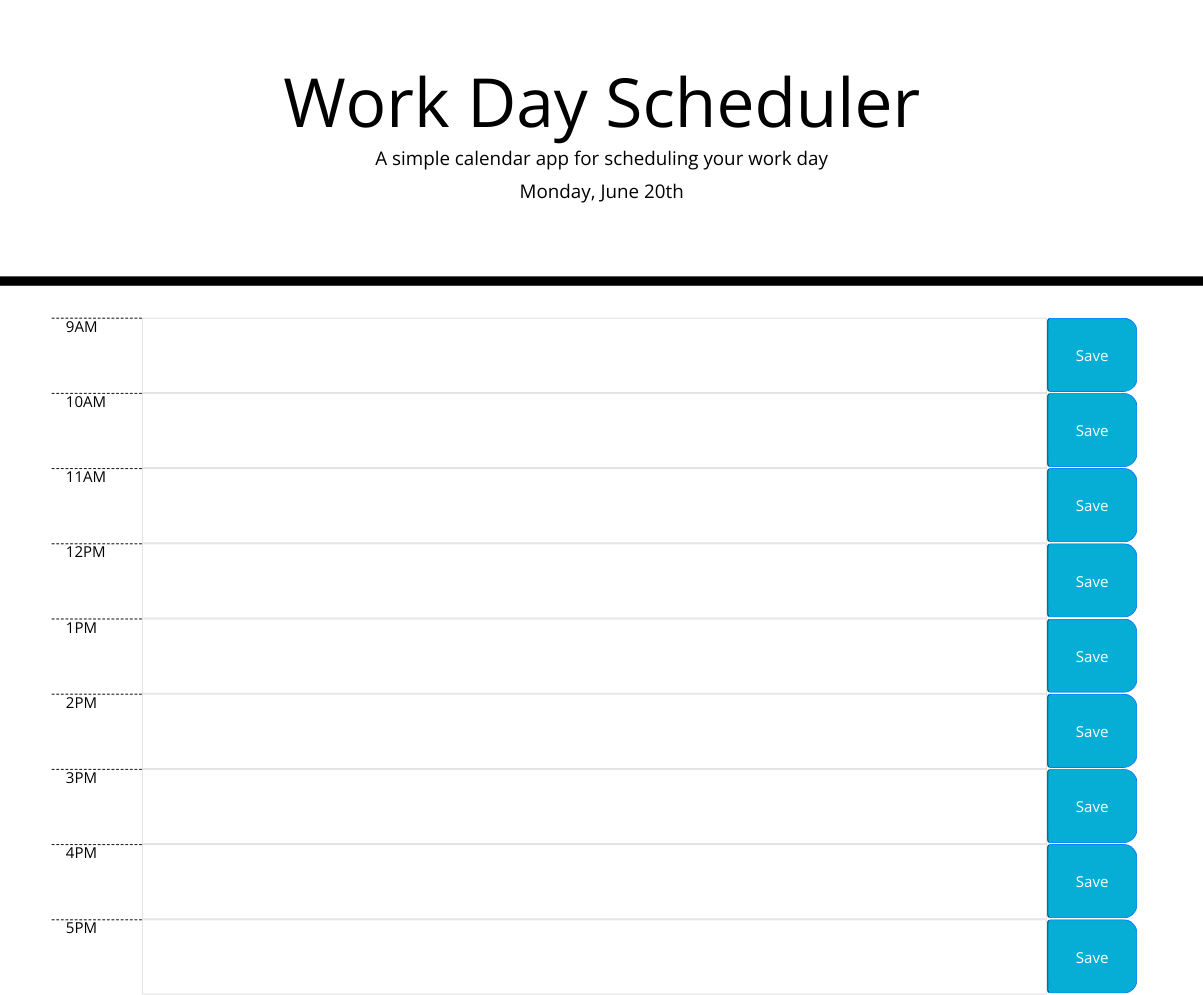
Repository: dtierney21/work-day-scheduler
Page: index.html
The author's editor kept a copy of each file at every save. The page is drawn from the files as they stood at one save, then again after the next save.
The browser window is 1280 px wide. The pictures show the whole page, at 94% of full size.
Some web libraries are served in a nearby version.

Above is the page before, as saved 2022-06-28 14:43:39.

### index.html
<!DOCTYPE html>
<html lang="en">
  <head>
    <meta charset="UTF-8" />
    <meta name="viewport" content="width=device-width, initial-scale=1.0" />
    <meta http-equiv="X-UA-Compatible" content="ie=edge" />
    <link
      rel="stylesheet"
      href="https://stackpath.bootstrapcdn.com/bootstrap/4.3.1/css/bootstrap.min.css"
    />
    <link
      rel="stylesheet"
      href="https://use.fontawesome.com/releases/v5.8.1/css/all.css"
      integrity="sha384-50oBUHEmvpQ+1lW4y57PTFmhCaXp0ML5d60M1M7uH2+nqUivzIebhndOJK28anvf"
      crossorigin="anonymous"
    />
    <link
      href="https://fonts.googleapis.com/css?family=Open+Sans&display=swap"
      rel="stylesheet"
    />
    <link rel="stylesheet" href="./assets/css/style.css" />
    <title>Work Day Scheduler</title>
  </head>

  <body>
    <header class="jumbotron">
      <h1 class="display-3">Work Day Scheduler</h1>
      <p class="lead">A simple calendar app for scheduling your work day</p>
      <p id="currentDay" class="lead"></p>
    </header>
    <section class="container">
        <div class="row">
      <!-- Timeblocks go here -->
            <ul class="list-group col-12">
                <div class="row" id="9">
                    <li class="hour col-1">9AM</li>
                    <li class="list-group-item col-10" id="9"></li>
                    <button class="btn btn-primary  saveBtn col-1" type="submit">Save</button>
                </div>
                <div class="row" id="10">
                    <li class="hour col-1">10AM</li>
                    <li class="list-group-item col-10" id="10"></li>
                    <button class="btn btn-primary  saveBtn col-1" type="submit">Save</button>
                </div>
                <div class="row" id="11">
                    <li class="hour col-1">11AM</li>
                    <li class="list-group-item col-10" id="11"></li>
                    <button class="btn btn-primary  saveBtn col-1" type="submit">Save</button>
                </div>
                <div class="row" id="12">
                    <li class="hour col-1">12PM</li>
                    <li class="list-group-item col-10" id="12"></li>
                    <button class="btn btn-primary  saveBtn col-1" type="submit">Save</button>
                </div>
                <div class="row" id="13">
                    <li class="hour col-1">1PM</li>
                    <li class="list-group-item col-10" id="13"></li>
                    <button class="btn btn-primary  saveBtn col-1" type="submit">Save</button>
                </div>
                <div class="row" id="14">
                    <li class="hour col-1">2PM</li>
                    <li class="list-group-item col-10" id="14"></li>
                    <button class="btn btn-primary  saveBtn col-1" type="submit">Save</button>
                </div>
                <div class="row" id="15">
                    <li class="hour col-1">3PM</li>
                    <li class="list-group-item col-10" id="15"></li>
                    <button class="btn btn-primary  saveBtn col-1" type="submit">Save</button>
                </div>
                <div class="row" id="16">
                    <li class="hour col-1">4PM</li>
                    <li class="list-group-item col-10" id="16"></li>
                    <button class="btn btn-primary  saveBtn col-1" type="submit">Save</button>
                </div>
                <div class="row" id="17">
                    <li class="hour col-1">5PM</li>
                    <li class="list-group-item col-10" id="17"></li>
                    <button class="btn btn-primary  saveBtn col-1" type="submit">Save</button>
                </div>
            </ul>
        </div>
    </section>

    <script src="https://cdnjs.cloudflare.com/ajax/libs/jquery/3.5.1/jquery.min.js"></script>
    <script src="https://cdnjs.cloudflare.com/ajax/libs/moment.js/2.24.0/moment.min.js"></script>
    <script src="./assets/js/script.js"></script>
  </body>
</html>

### assets/css/style.css
body {
  font-family: 'Open Sans', sans-serif;
  font-size: 16px;
  line-height: 1;
}

textarea {
  background: transparent;
  border: none;
  resize: none;
  color: #000000;
  border-left: 1px solid black;
  padding: 10px;
}

.jumbotron {
  text-align: center;
  background-color: transparent;
  color: black;
  border-radius: 0;
  border-bottom: 10px solid black;
}

.description {
  white-space: pre-wrap;
}

.time-block {
  text-align: center;
  border-radius: 15px;
}

.row {
  white-space: pre-wrap;
  height: 80px;
  border-top: 1px solid white;
}

.hour {
  background-color: #ffffff;
  color: #000000;
  border-top: 1px dashed #000000;
  list-style-type: none;
  /*
  text-align: center;
  justify-content: center;
  */
}

.past {
  background-color: #d3d3d3;
  color: white;
}

.present {
  background-color: #ff6961;
  color: white;
}

.future {
  background-color: #77dd77;
  color: white;
}

.saveBtn {
  border-left: 1px solid black;
  border-top-right-radius: 15px;
  border-bottom-right-radius: 15px;
  background-color: #06aed5;
  color: white;
}

.saveBtn i:hover {
  font-size: 20px;
  transition: all 0.3s ease-in-out;
}

### assets/js/script.js
var now = moment();
console.log(now);

var currentHour = moment().format('H');
console.log(currentHour);

var currentDayEl = $('#currentDay');
var today = moment().format('dddd, MMMM Do');


currentDayEl.text(today);

After the next save:
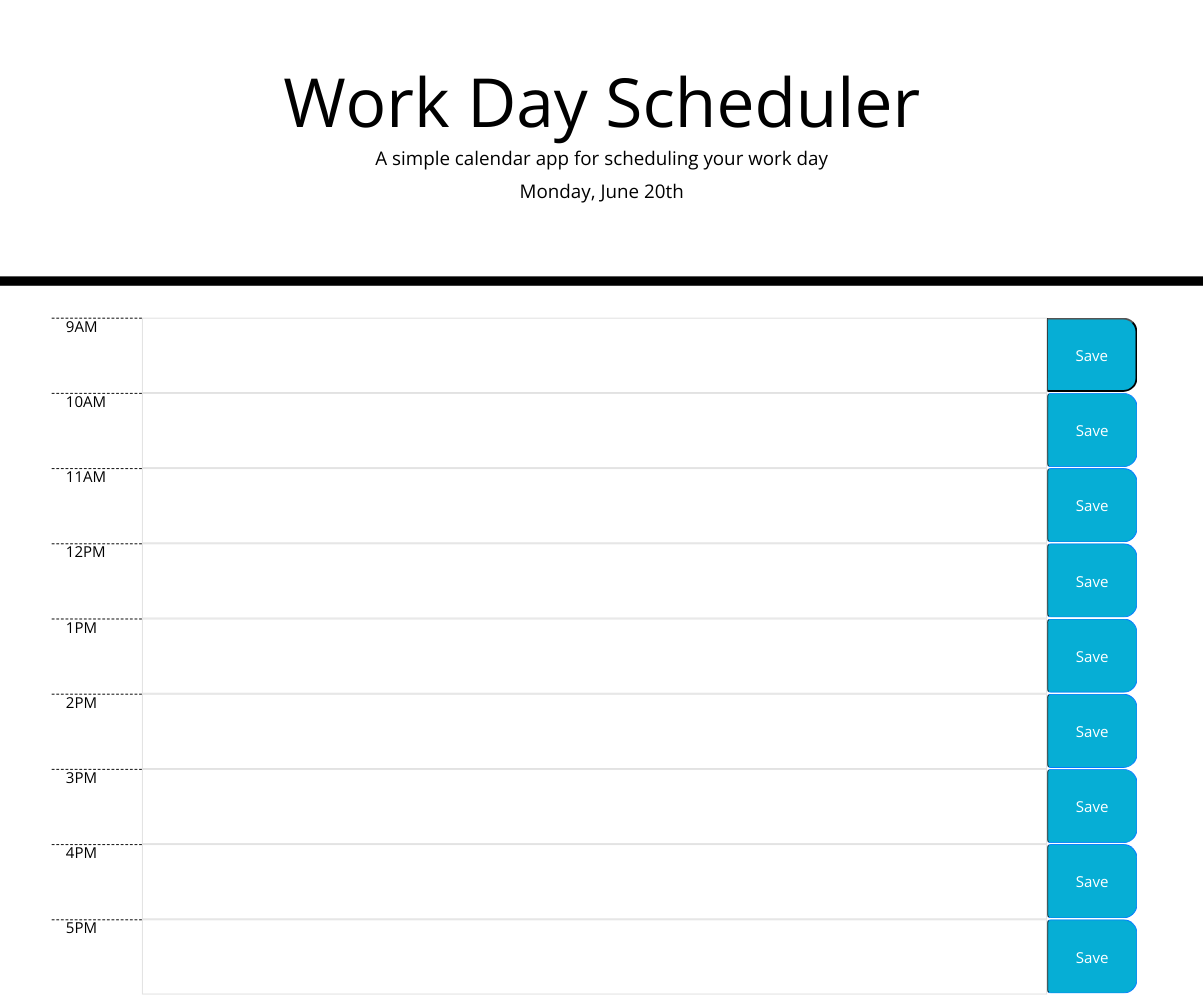
Saved 2 min 20 s later.
--- a/index.html
+++ b/index.html
@@ -35,7 +35,7 @@
                 <div class="row" id="9">
                     <li class="hour col-1">9AM</li>
                     <li class="list-group-item col-10" id="9"></li>
-                    <button class="btn btn-primary  saveBtn col-1" type="submit">Save</button>
+                    <button class="saveBtn col-1" type="submit">Save</button>
                 </div>
                 <div class="row" id="10">
                     <li class="hour col-1">10AM</li>

After the save that followed:
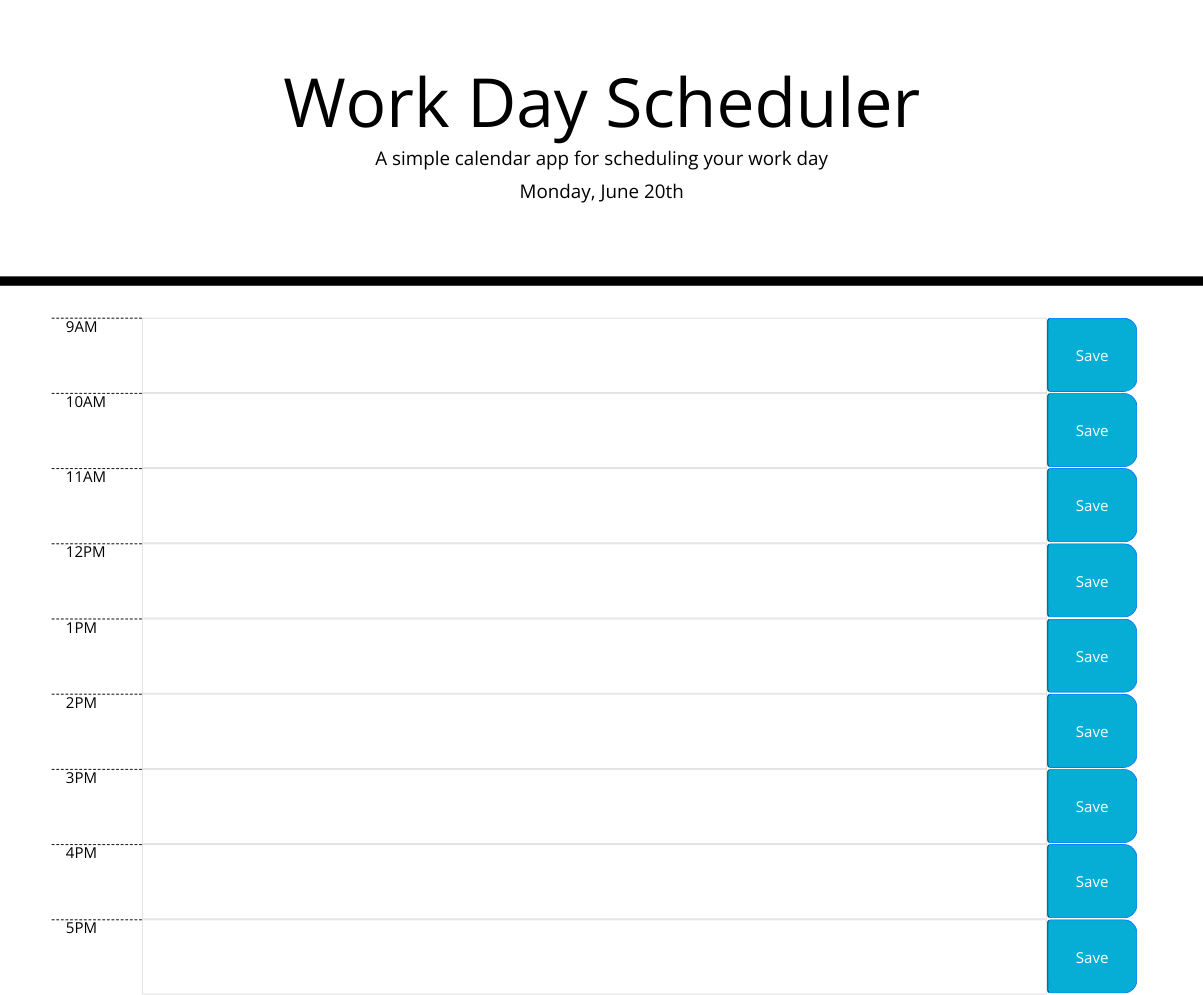
Saved 23 s later.
--- a/index.html
+++ b/index.html
@@ -35,7 +35,7 @@
                 <div class="row" id="9">
                     <li class="hour col-1">9AM</li>
                     <li class="list-group-item col-10" id="9"></li>
-                    <button class="saveBtn col-1" type="submit">Save</button>
+                    <button class="btn btn-primary  saveBtn col-1" type="submit">Save</button>
                 </div>
                 <div class="row" id="10">
                     <li class="hour col-1">10AM</li>
